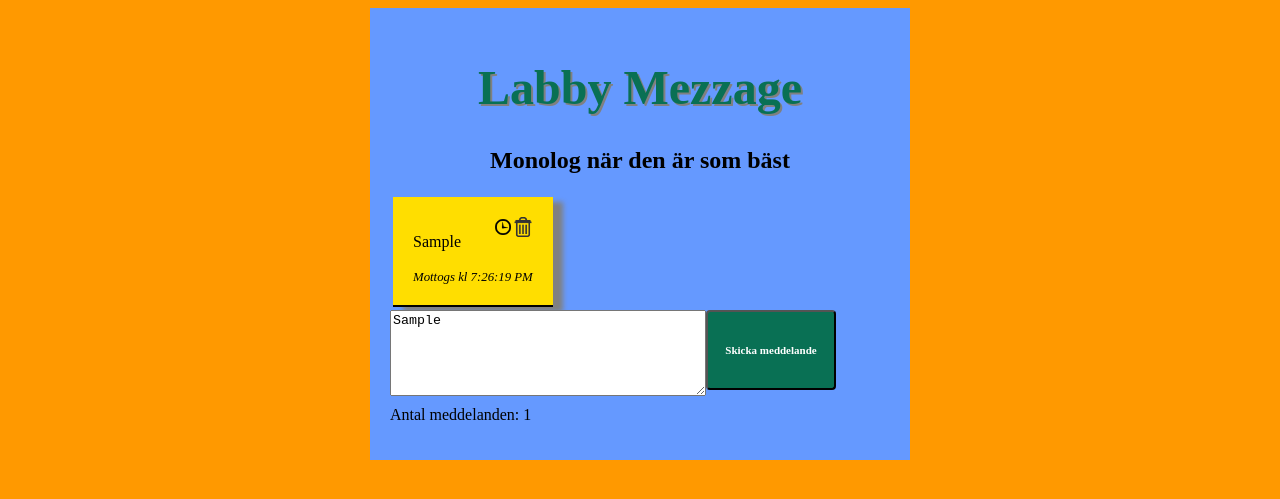
Repository: mi222ep/1dv403-laborationer
Page: 2-labbymezzage/index.html
The author's editor kept a record of every edit. The page is drawn from the files as they stood at one moment, then again after the next edit.
The browser window is 1280 px wide. The pictures show the whole page.
Empty fields were first filled with sample values (such as "Sample", 5 or name@example.com).
After loading, the first visible `#send` was clicked once.

Above is the page before.

After the next edit:
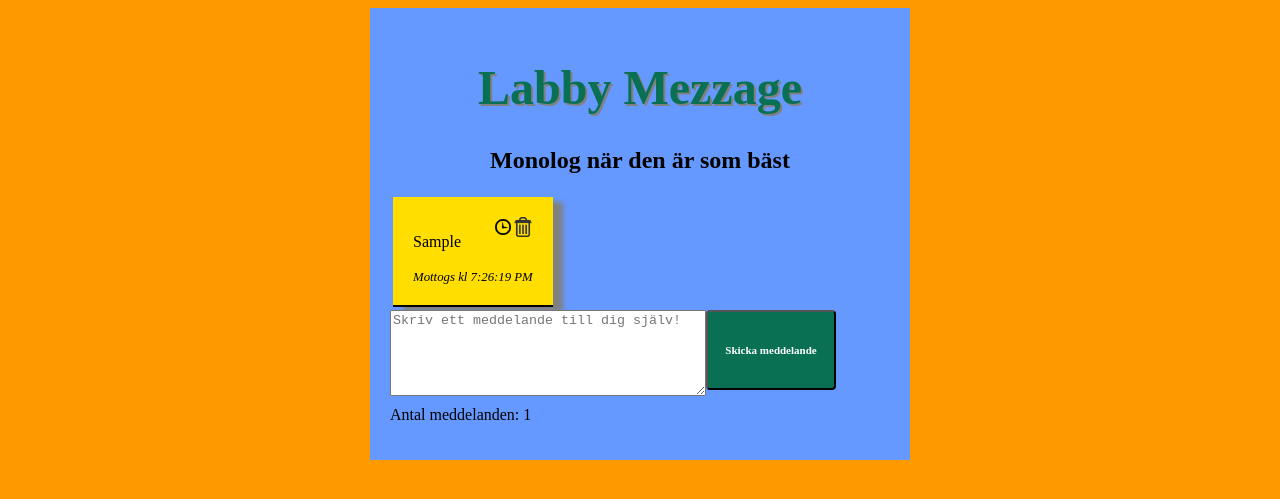
The edit:
--- a/2-labbymezzage/messageboard.js
+++ b/2-labbymezzage/messageboard.js
@@ -24,6 +24,8 @@
 
 },
 RenderMessages: function(){
+    //Clears messagearea
+    document.getElementById("meddelande").value = "";
     //Remove all messages
     document.getElementById("messagearea").innerHTML = "";
     //Writes message counter
